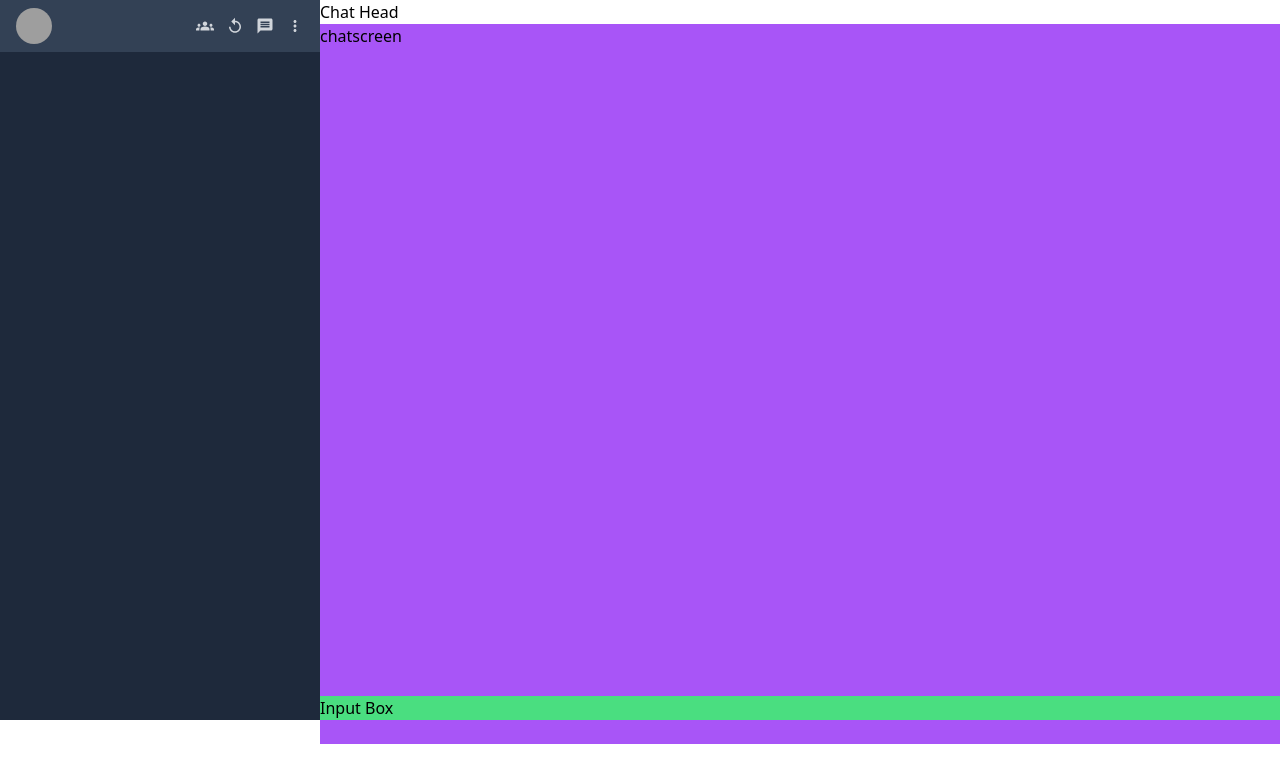
Repository: theanmol-raj/whatsapp
Page: /
These files come from the project's save history. The page is drawn as it stood at one moment and after the next save; the edit follows.
The browser window is 1280 px wide. The pictures show the whole page.
Pictures or frames that could not be fetched are drawn as grey boxes. The project was rebuilt for these pictures with package versions that can differ from the ones it lists, and the page was loaded fresh each time.

Above is the page before, as saved 2022-12-03 21:47:40.

After the next save:
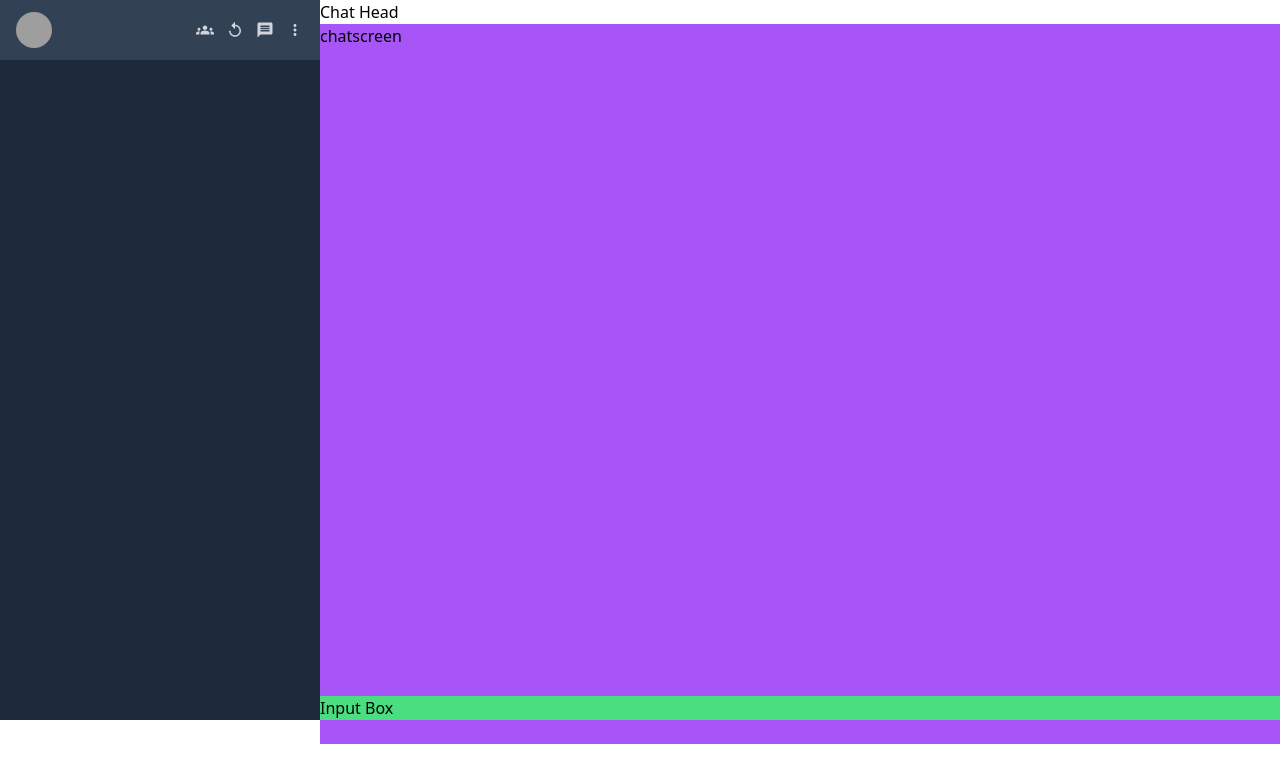
Saved 9 s later.
--- a/src/Components/ContactList.jsx
+++ b/src/Components/ContactList.jsx
@@ -7,7 +7,7 @@ import MoreVertIcon from '@mui/icons-material/MoreVert';
 function ContactList() {
   return (
     <div className=' bg-slate-800'>
-      <div className=' flex justify-between items-center p-2 px-4 bg-slate-700'>
+      <div className=' flex justify-between items-center p-3 px-4 bg-slate-700'>
         <img className=' rounded-full h-9 w-9' alt='' src="https://pps.whatsapp.net/v/t61.24694-24/158723607_419193396439292_5955373819812020282_n.jpg?stp=dst-jpg_s96x96&ccb=11-4&oh=01_AdRKjHR9ktMhs2HrAksQulr5trvWOTtpB53hlyDh0ZECbw&oe=63986EC2" />
         <div className=' flex text-gray-300 text-lg space-x-3'>
           <GroupsIcon fontSize='inherit' />
